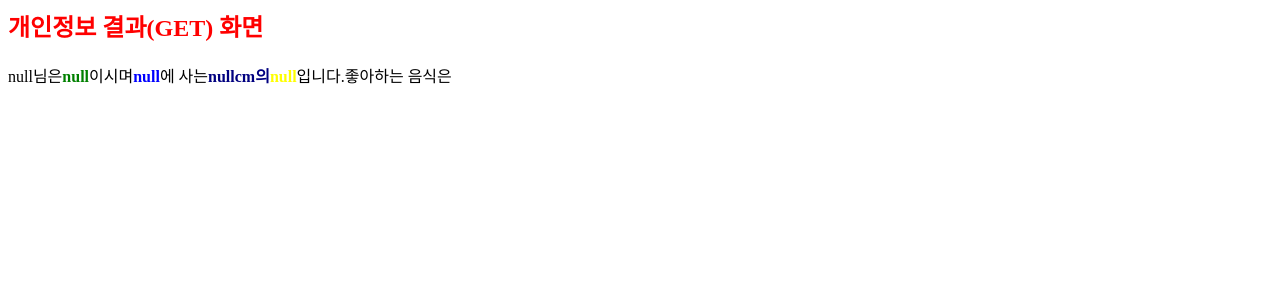
Repository: chuhj1226/servlet
Page: http://localhost/1_Servlet/test1
An editor plug-in stored every save of this project. The page is shown before and after the next save, followed by the edit.
The browser window is 1280 px wide. The pictures show the whole page.
The page is served by Tomcat 9.

Above is the page before, as saved 2021-10-04 10:42:47.

After the next save:
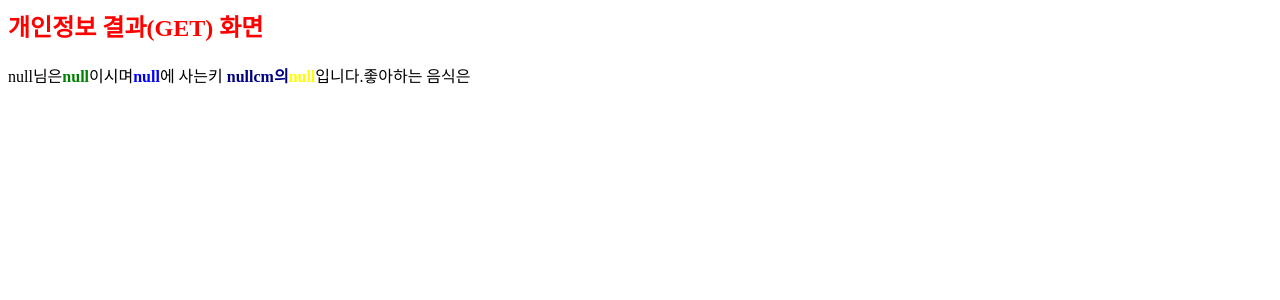
Saved 9 s later.
--- a/workspace/1_Servlet/src/com/kh/controller/TestServlet1.java
+++ b/workspace/1_Servlet/src/com/kh/controller/TestServlet1.java
@@ -91,7 +91,7 @@ public class TestServlet1 extends HttpServlet {
 		out.printf("<span class='name'>%s</span>님은", name);
 		out.printf("<span class='age'>%s</span>이시며", age);
 		out.printf("<span class='city'>%s</span>에 사는", city);
-		out.printf("<span class='height'>%scm의</span>", height);
+		out.printf("키 <span class='height'>%scm의</span>", height);
 		out.printf("<span class='gender'>%s</span>입니다.", gender);
 		out.print("좋아하는 음식은<span class='food'>");
 		out.println("</html>");
